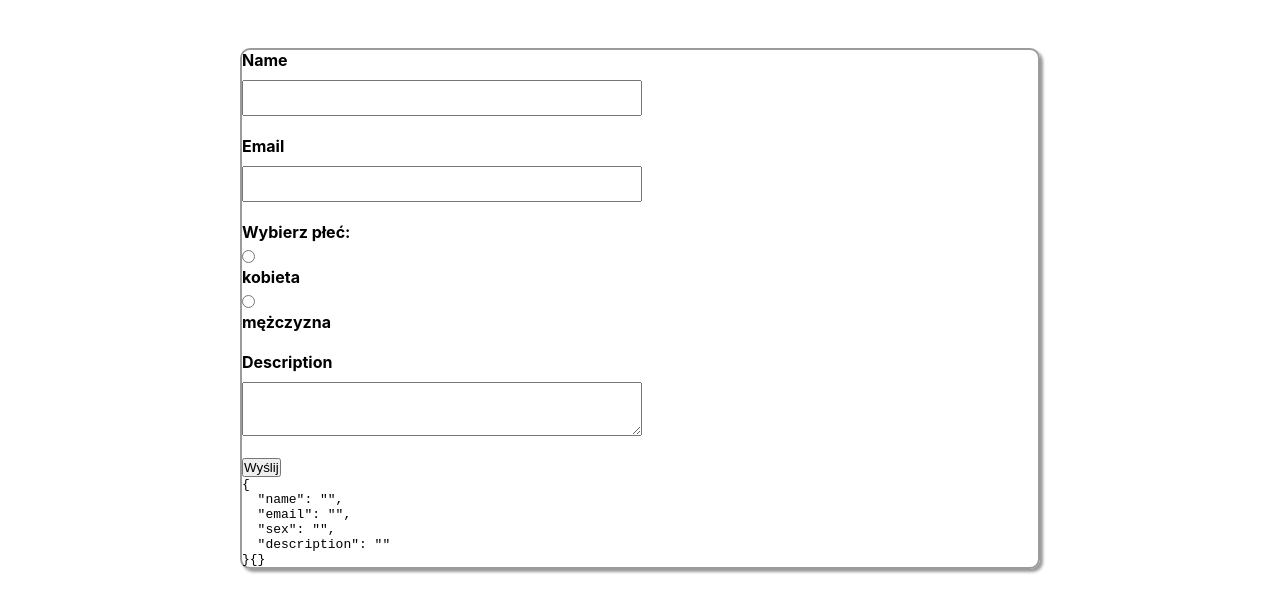
Repository: KrzysKolo/sr_tydzien4_zad3
Page: /
The author's editor kept a copy of each file at every save. The page is drawn from the files as they stood at one save, then again after the next save.
The browser window is 1280 px wide. The pictures show the whole page.
The project was rebuilt for these pictures with package versions that can differ from the ones it lists, and the page was loaded fresh each time. Also part of the build but not shown: src/components/FormComponents/TextError.js.

Above is the page before, as saved 2020-11-19 13:36:40.

After the next save:
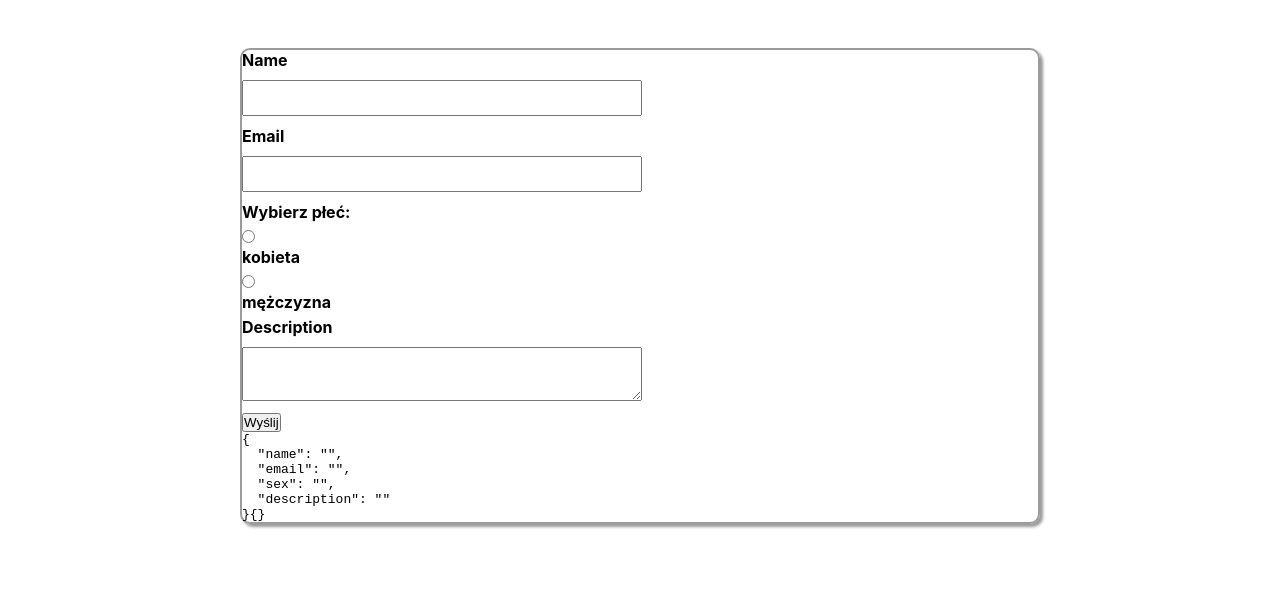
Saved 11 s later.
--- a/src/App.css
+++ b/src/App.css
@@ -27,9 +27,7 @@ textarea {
   color: #555;
   margin: 10px 0;
 }
-.form-control {
-  margin-bottom: 20px;
-}
+
 .error {
   color: red;
 }
